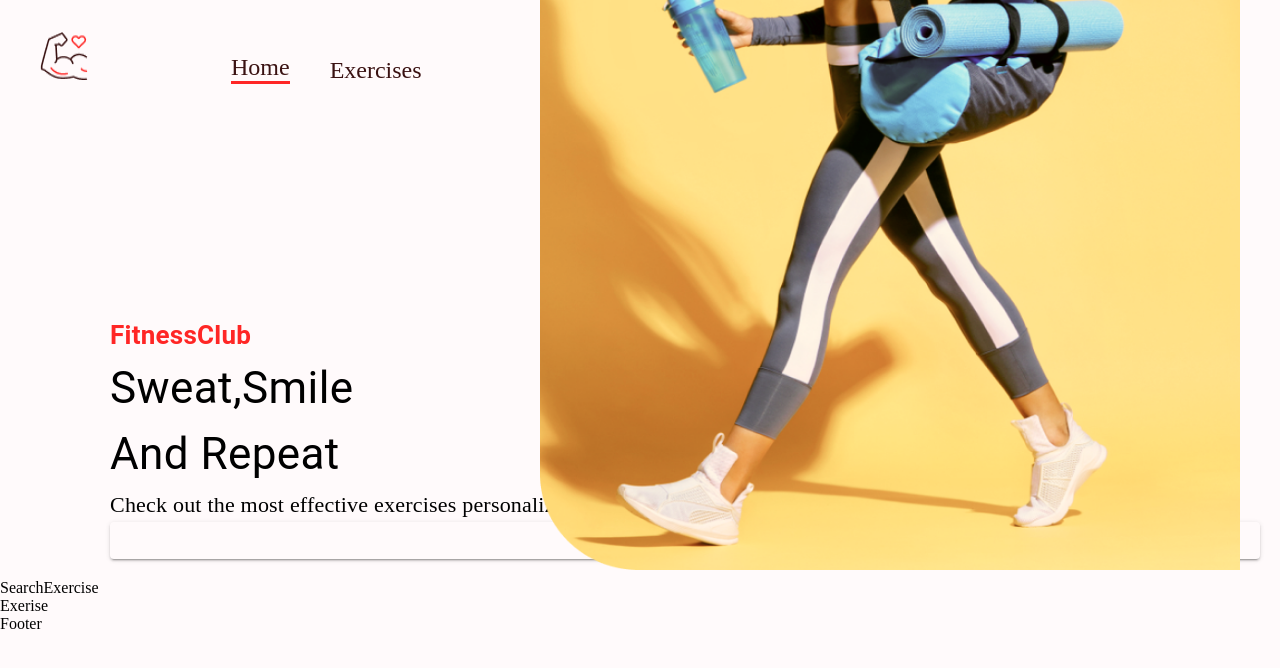
Repository: OmniaRafat232111121/Fitness
Page: /
These files come from the project's save history. The page is drawn as it stood at one moment and after a run of saves; the edit follows.
The browser window is 1280 px wide. The pictures show the whole page.
The project was rebuilt for these pictures with package versions that can differ from the ones it lists, and the page was loaded fresh each time. Also part of the build but not shown: src/Pags/ExerciseDetail.js.

Above is the page before, as saved 2022-07-14 00:50:18.

After the next 4 saves:
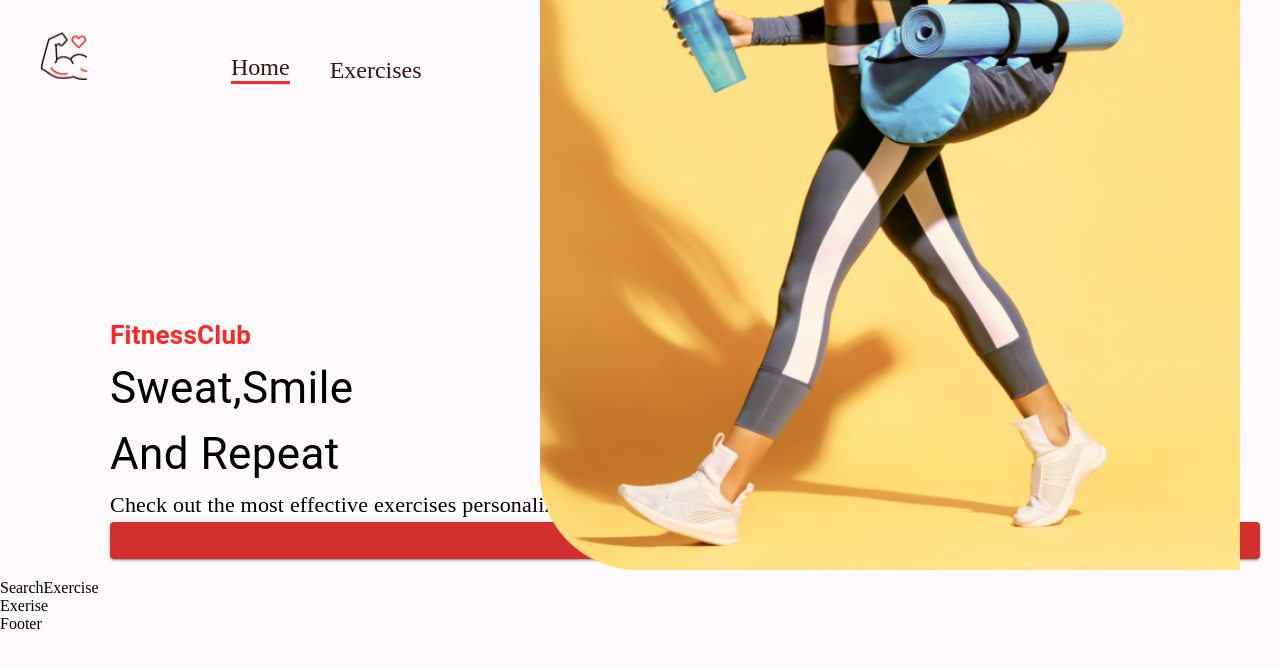
The 4 saves are shown as one change because they came seconds apart.
The last was saved 83 s later.
--- a/src/components/HeroBanner.js
+++ b/src/components/HeroBanner.js
@@ -15,7 +15,7 @@ const HeroBanner = () => {
    </Typography>
 
    <Stack>
-   <Button  variant="contained" color="#FF2625" >Explore Exercise</Button>
+   <Button  variant="contained" color="error" >Explore Exercise</Button>
    </Stack>
 
    <img src={HeroBannerImage} alt="hero-banner" className="hero-banner-img" />
